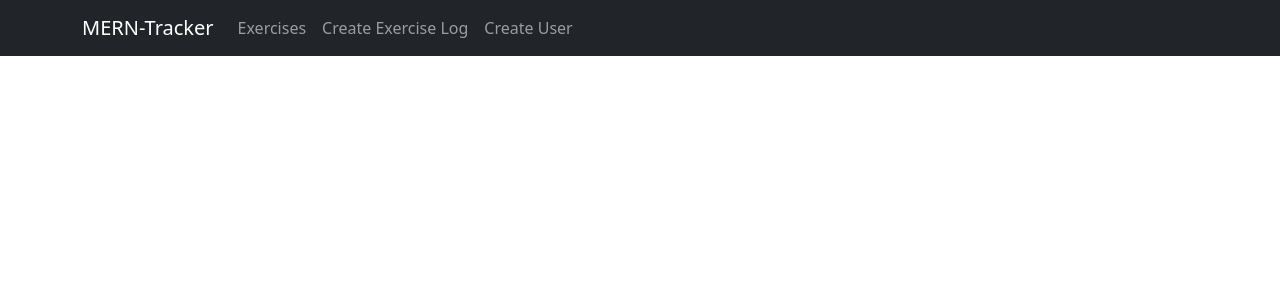
Repository: mohamed9974/cloud-computing
Page: / (app in mern-tracker/)
These files come from the project's save history. The page is drawn as it stood at one moment and after the next save; the edit follows.
The browser window is 1280 px wide. The pictures show the whole page.
The project was rebuilt for these pictures with package versions that can differ from the ones it lists, and the page was loaded fresh each time. Also part of the build but not shown: mern-tracker/src/components/ExercisesList.component.js, mern-tracker/src/components/EditExercise.component.js, mern-tracker/src/components/CreateExercise.component.js, mern-tracker/src/components/CreateUser.component.js.

Above is the page before, as saved 2022-05-18 23:25:11.

After the next save:
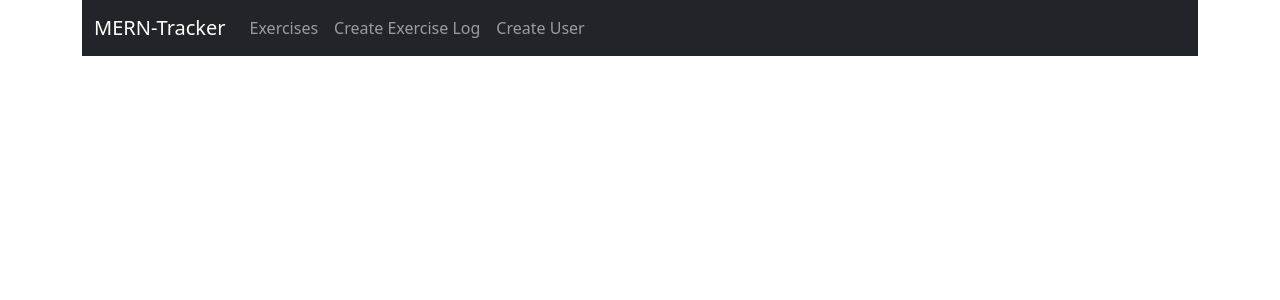
Saved 6 min 1 s later.
--- a/mern-tracker/src/App.js
+++ b/mern-tracker/src/App.js
@@ -13,13 +13,15 @@ import CreateUser from "./components/CreateUser.component";
 function App() {
   return (
     <Router>
-      <Navbar />
-      <Routes>
-        <Route path="/" exact component={ExercisesList} />
-        <Route path="/edit/:id" component={EditExercise} />
-        <Route path="/create" component={CreateExercise} />
-        <Route path="/user" component={CreateUser} />
-      </Routes>
+      <div className="container">
+        <Navbar />
+        <Routes>
+          <Route path="/" exact component={ExercisesList} />
+          <Route path="/edit/:id" component={EditExercise} />
+          <Route path="/create" component={CreateExercise} />
+          <Route path="/user" component={CreateUser} />
+        </Routes>
+      </div>
     </Router>
   );
 }
